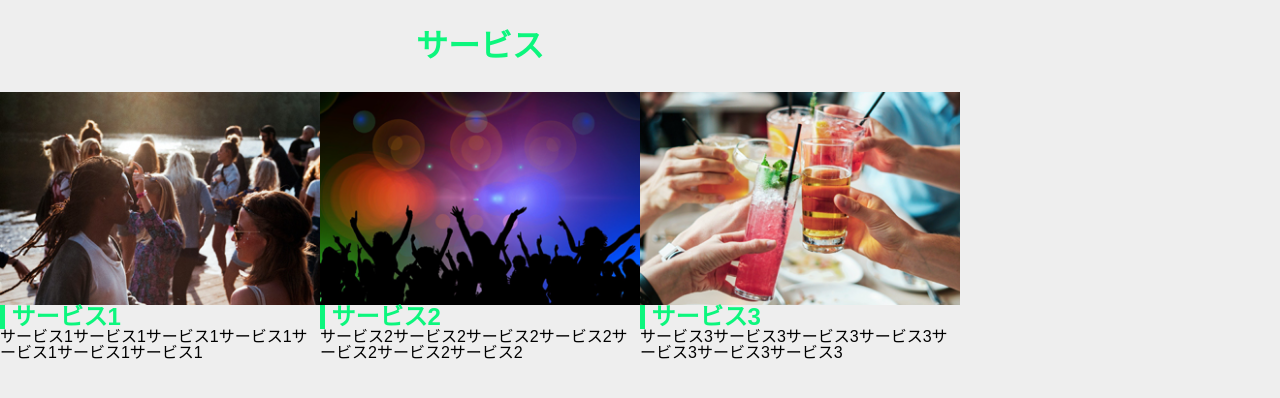
Repository: sonoyama01/dezasuta
Page: 第３回課題/work2/index.html
An editor plug-in stored every save of this project. The page is shown before and after the next save, followed by the edit.
The browser window is 1280 px wide. The pictures show the whole page.

Above is the page before, as saved 2024-04-27 23:04:44.

### 第３回課題/work2/index.html
<!DOCTYPE html>
<html lang="ja">

<head>
    <meta charset="UTF-8">
    <meta name="viewport" content="width=device-width, initial-scale=1.0">
    <title>第3回課題work2</title>
    <link rel="stylesheet" href="./css/reset.css">
    <link rel="stylesheet" href="./css/style.css">
</head>

<body>
    <h1>サービス</h1>
    <div class="box">
        <div>
            <img src="./images/main_1.jpg" alt="">
            <h2>サービス1</h2>
            <p>サービス1サービス1サービス1サービス1サービス1サービス1サービス1</p>
        </div>

        <div>
            <img src="./images/main_2.png" alt="">
            <h2>サービス2</h2>
            <p>サービス2サービス2サービス2サービス2サービス2サービス2サービス2</p>
        </div>

        <div>
            <img src="./images/main_3.png" alt="">
            <h2>サービス3</h2>
            <p>サービス3サービス3サービス3サービス3サービス3サービス3サービス3</p>
        </div>
    </div>

</body>

</html>

### 第３回課題/work2/css/reset.css
@charset "utf-8";

/* cssリセット */

/*利用するタグによってこちらの内容は増やす*/

html,
body,
h1,
h2,
h3,
p,
dl,
dt,
dd,
ul,
li {
  margin: 0;
  padding: 0;
  line-height: 1;
  /*デフォルトの文字色、font-familyを予め当てておく*/
  color: #000;
  font-family: "游ゴシック体", YuGothic, "游ゴシック", "Yu Gothic", "メイリオ",
    "Hiragino Kaku Gothic ProN", "Hiragino Sans", sans-serif;
}

a {
  /*下線を消す*/
  text-decoration: none;
  /*色を消す*/
  color: inherit;
}

ul {
  /*左の「・」を消す*/
  list-style: none;
}

img {
  max-width: 100%;
  vertical-align: bottom;
  border: none;
}

### 第３回課題/work2/css/style.css
@charset "utf-8";

body {
  width: 960px;
  background-color: #eeeeee;
}
h1 {
  text-align: center;
  color: rgb(12, 246, 125);
  margin: 30px auto;
  padding: 0px auto;
}

h2 {
  color: rgb(12, 246, 125);
  border-left: 5px solid rgb(12, 246, 125);
  padding: 0 2%;
}
.box {
  display: flex;
  justify-content: space-between;
}

After the next save:
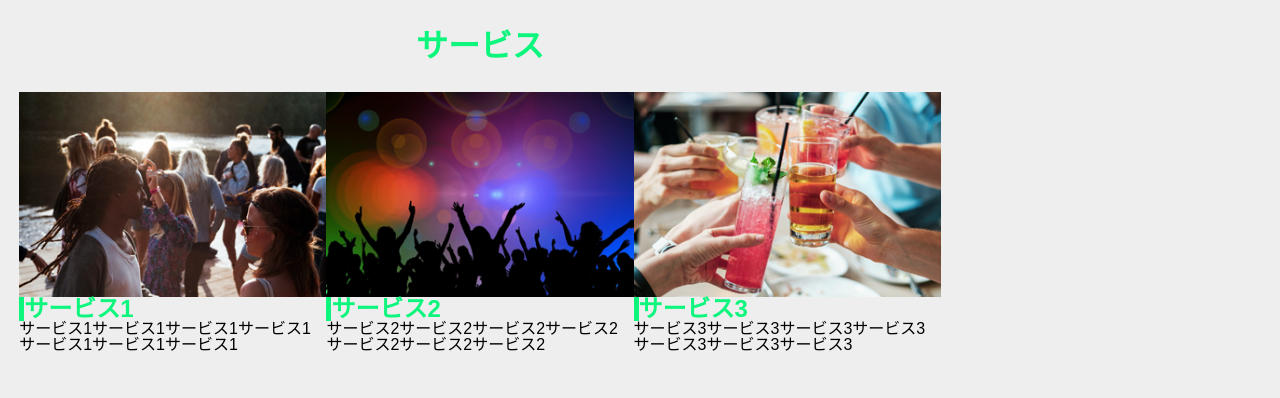
Saved 24 s later.
--- a/第３回課題/work2/css/style.css
+++ b/第３回課題/work2/css/style.css
@@ -14,9 +14,9 @@ h1 {
 h2 {
   color: rgb(12, 246, 125);
   border-left: 5px solid rgb(12, 246, 125);
-  padding: 0 2%;
 }
 .box {
   display: flex;
   justify-content: space-between;
+  padding: 0 2%;
 }
